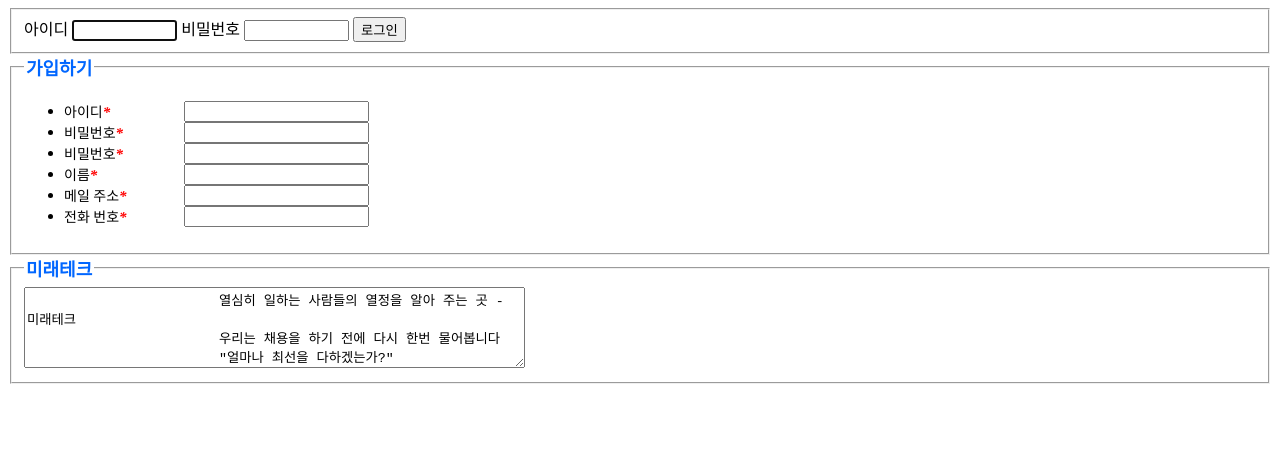
Repository: ygs3004/StudyHTML_CSS
Page: web project 01/src/main/webapp/chapter05/exam05_18.html
An editor plug-in stored every save of this project. The page is shown before and after a run of saves, followed by the edit.
The browser window is 1280 px wide. The pictures show the whole page.

Above is the page before, as saved 2022-08-09 02:44:19.

### web project 01/src/main/webapp/chapter05/exam05_18.html
<!DOCTYPE html>
<html>
<head>
<meta charset="UTF-8">
<title>Insert title here</title>
<style type="text/css">
	form fieldset{
		margin : 10pex 0;
	}


	form legend{
		font-size : 18px;
		color : #0066ff;
		font-weight : 600;
	}

	form label.reg{
		font-size : 14px;
		width : 120px;
		float : left;
	}

	form label em{
		font-size : 15px;
		color : red;
		font-weight : 800;
	}

	font ul li{
		list-style : none;
		margin : 10px 0;
	}

	form.easys{
		text-align : left;
		font-size : 12px;
		color : blue;
	}

	form fieldset.sendform{
	text-align : center;
	}

</style>
</head>
<body>
<form action="">
	<fieldset class="login">
		<label for="user_id">아이디</label>
			<input type="text" id="user_id" size="10" autofocus>
		<label for="user_pw">비밀번호</label>
			<input type="password" id="user_pw" size="10">
			<input type="submit" value="로그인">
	</fieldset>
	<fieldset>
		<legend>가입하기</legend>
		<ul>
			<li>
				<label class="reg" for="user_name">아이디<em>*</em></label>
				<input type="text" id="user_id" size="20" autocomplete='on' required>
			</li>
			<li>
				<label class="reg" for="user_pw1">비밀번호<em>*</em></label>
				<input type="password" id="user_pw1" size="20" required>
			</li>
			<li>
				<label class="reg" for="user_pw2">비밀번호<em>*</em></label>
				<input type="password" id="user_pw2" size="20" required>
			</li>
			<li>
				<label class="reg" for="user_name">이름<em>*</em></label>
				<input type="text" id="user_name" size="20" required>
			</li>
			<li>
				<label class="reg" for="user_mail">메일 주소<em>*</em></label>
				<input type="text" id="user_mail" size="20" required>
			</li>
			<li>
				<label class="reg" for="user_tel">전화 번호<em>*</em></label>
				<input type="tel" id="user_tel" size="20">
			</li>
		</ul>
	</fieldset>
	<fieldset class="easys">
		<legend>미래테크</legend>
		<textarea rows="5" cols="60" name="intro">
			열심히 일하는 사람들의 열정을 알아 주는 곳 - 미래테크
			우리는 채용을 하기 전에 다시 한번 물어봅니다
			"얼마나 최선을 다하겠는가?"
			성실하게, 직장에서 최선을 다하는 모습을 보고 싶습니다.
		</textarea>
	</fieldset>
</form>

</body>
</html>

After the next 2 saves:
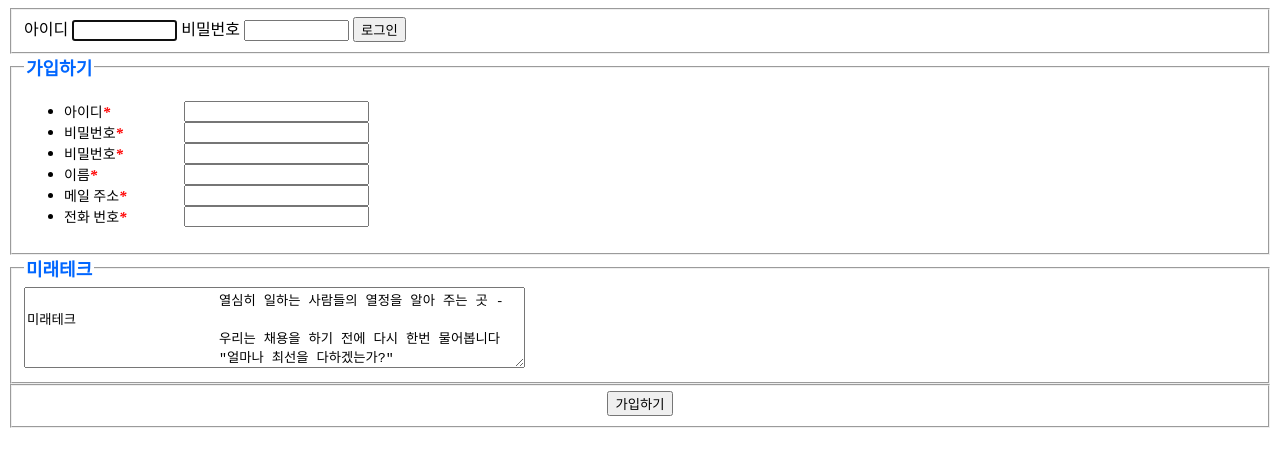
The 2 saves are shown as one change because they came seconds apart.
The last was saved 117 s later.
--- a/web project 01/src/main/webapp/chapter05/exam05_18.html
+++ b/web project 01/src/main/webapp/chapter05/exam05_18.html
@@ -91,6 +91,11 @@
 			성실하게, 직장에서 최선을 다하는 모습을 보고 싶습니다.
 		</textarea>
 	</fieldset>
+	<fieldset class="sendform">
+		<input type="submit" value="가입하기"
+
+	</fieldset>
+
 </form>
 
 </body>
